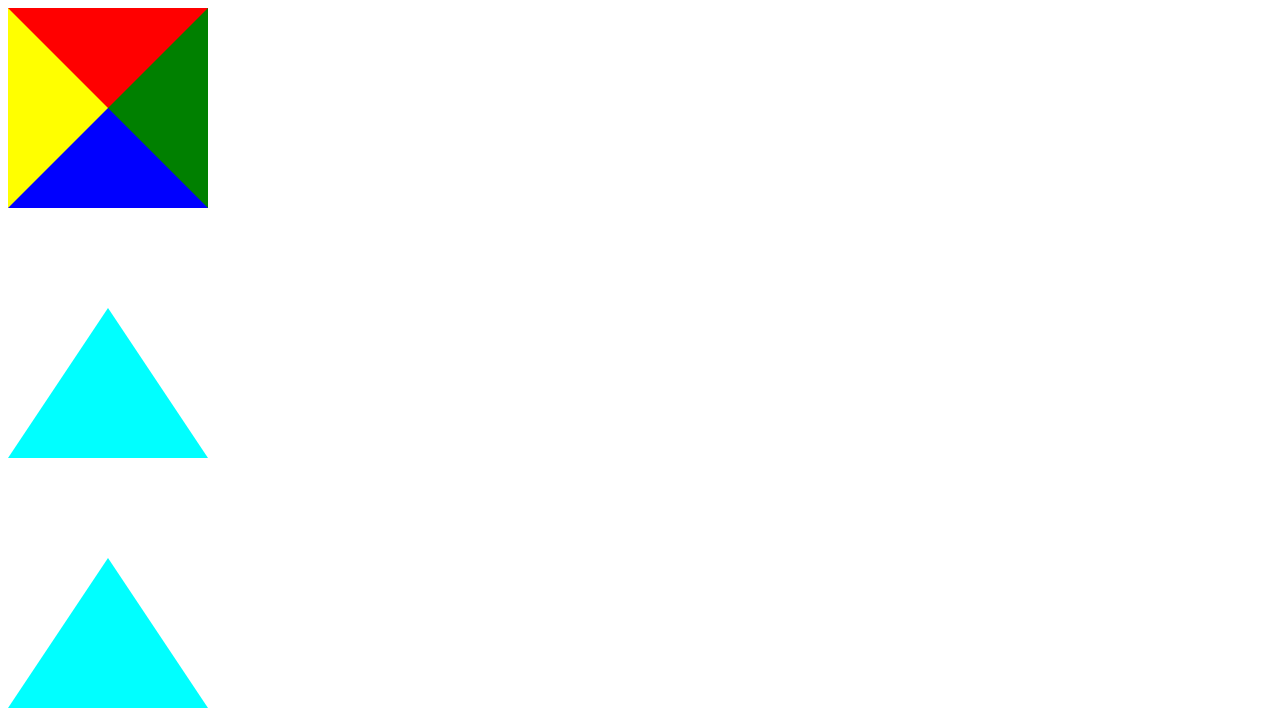
Repository: zh-webliker/achiveSomeFunction
Page: css/css画图.html
These files come from the project's save history. The page is drawn as it stood at one moment and after the next save; the edit follows.
The browser window is 1280 px wide. The pictures show the whole page.

Above is the page before, as saved 2021-07-13 16:11:07.

After the next save:
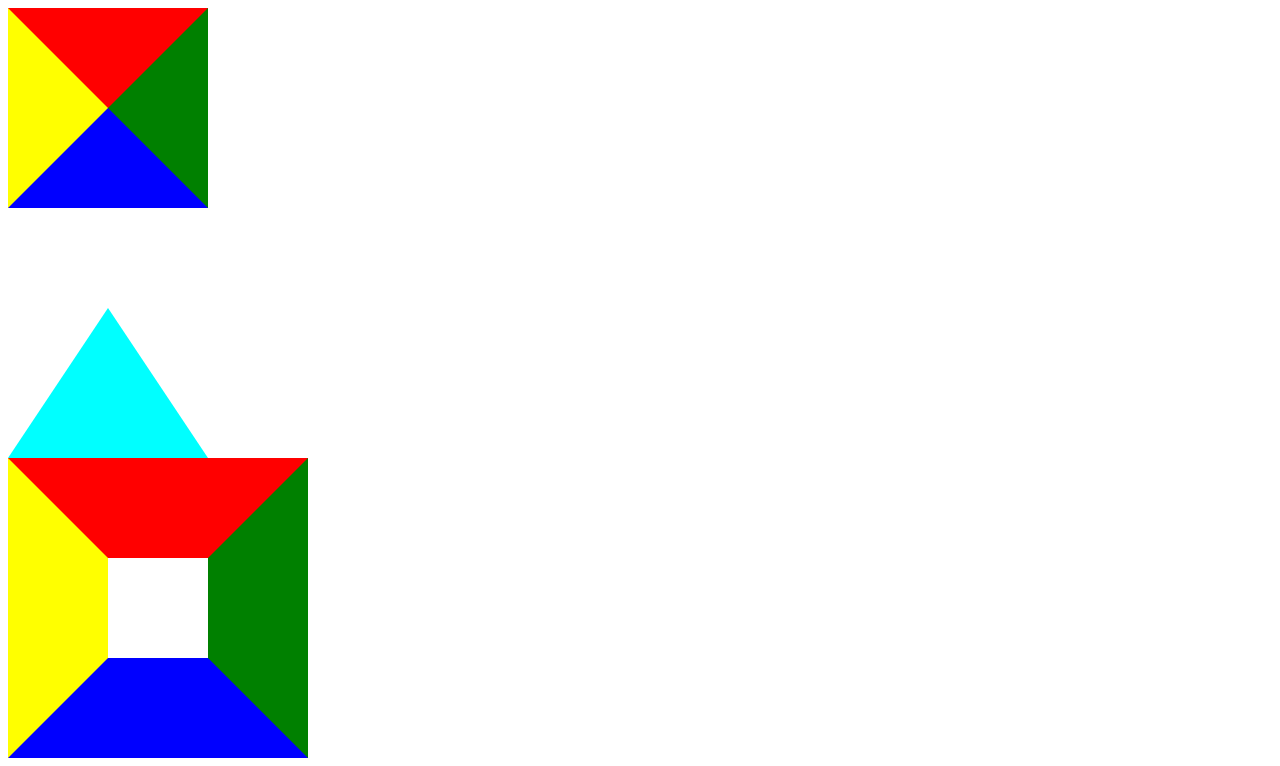
Saved 43 s later.
--- a/css/css画图.html
+++ b/css/css画图.html
@@ -21,10 +21,18 @@
     border: 100px solid transparent;
     border-bottom: 150px solid #0ff;
   }
+  .trapezoid  {
+    width: 100px;
+    height: 100px;
+    border-bottom: 100px solid blue;
+    border-top: 100px solid red;
+    border-left: 100px solid yellow;
+    border-right: 100px solid green;
+  }
 </style>
 <body>
   <div class="triangle"></div>
   <div class="triangleElse"></div>
-  <div class="triangleElse"></div>
+  <div class="trapezoid "></div>
 </body>
 </html>
